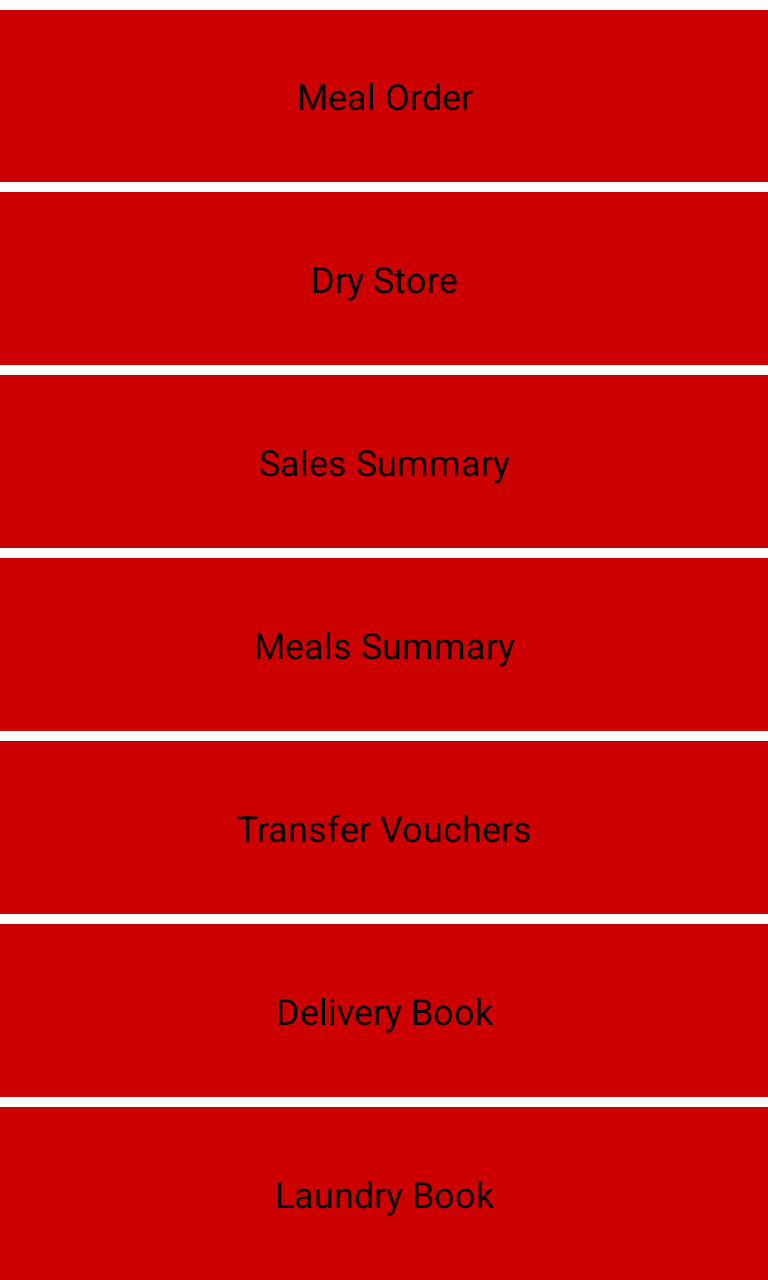
Repository: erwasambo/greendevelopment
Layout: GreenDevelopment/NASCuisine/res/layout/admindash.xml
The author's editor kept a copy of each file at every save. The layout is drawn from the files as they stood at one save, then again after the next save.
It is drawn on a 768 x 1280 px phone screen (xhdpi) without system bars, with theme AppTheme; the app's code is not run.

Above is the layout before, as saved 2013-12-03 03:58:58.

After the next save:
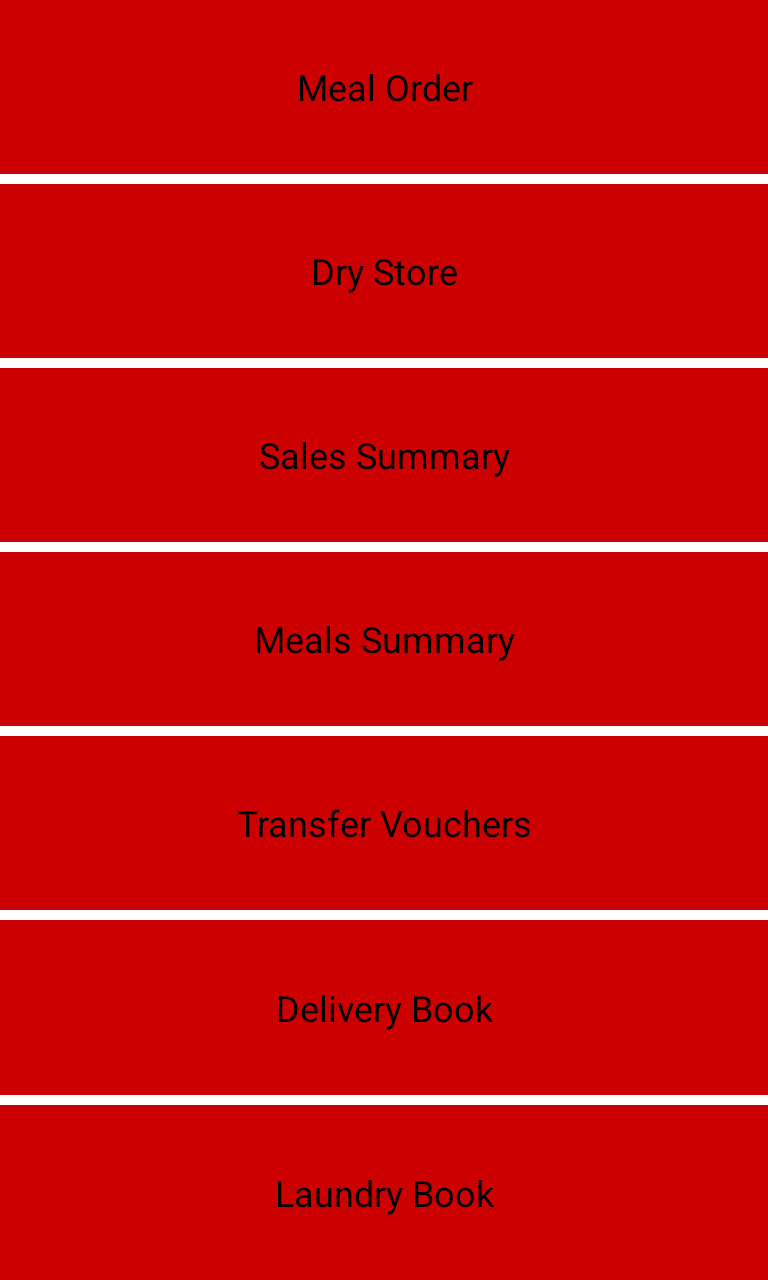
Saved 24 s later.
--- a/GreenDevelopment/NASCuisine/res/layout/admindash.xml
+++ b/GreenDevelopment/NASCuisine/res/layout/admindash.xml
@@ -10,8 +10,6 @@
         android:layout_height="0dp"
         android:layout_weight="1"
         android:background="@color/purple"
-        android:layout_marginTop="5dp"
-
         android:text="@string/mealord" />
 
     <Button
